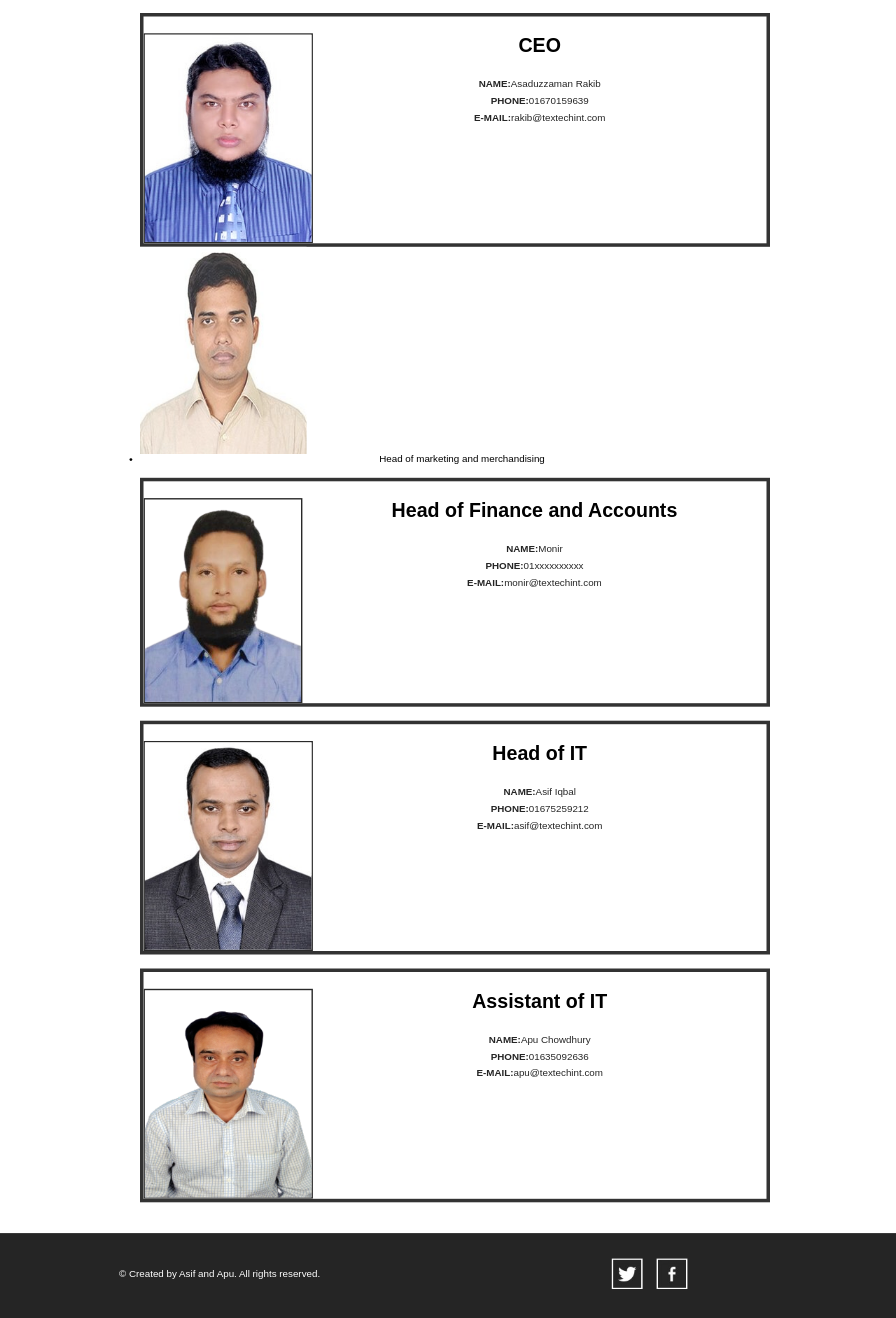
Repository: asifdotpy/textechint
Page: index.html
These files come from the project's save history. The page is drawn as it stood at one moment and after the next save; the edit follows.
The browser window is 1280 px wide. The pictures show the part of the page from y = 1452 to 3372 px (the page is 3335 px tall before and 3372 px after), at 70% of full size.

Above is the page before, as saved 2021-02-23 01:32:23.

### index.html
<!doctype html>
<html>
<head>
	<meta charset="UTF-8">
	<meta name="viewport" content="width=device-width, initial-scale=1.0">
	<title>Tex Tech International</title>
	<link rel="stylesheet" type="text/css" href="css/style.css">
	<link rel="stylesheet" type="text/css" href="css/mobile.css" media="screen and (max-width : 568px)">
	<script type="text/javascript" src="js/mobile.js"></script>
</head>
<body>
	<div id="header">
		<ul id="navigation">
			<li class="selected">
				<a href="index.html">our company</a>
			</li>
			<li>
				<a href="gallery.html">Our Products and services
				</a>
			</li>
			<li>
				<a href="about.html">career opportunity</a>
			</li>
			<li>
				<a href="blog.html">faq</a>
			</li>
			<li>
				<a href="contact.html">contact us</a>
			</li>
		</ul>
	</div>
	<div id="body">
		<div id="featured">
			<img src="images/featured.jpg" alt="">
		</div>
		<div class='intro'>
			<h1>About us</h1>
			<div class="main">
			<p><strong style="color: red;">Tex Tech International</strong> is working as a Buying & Trading house in the field of RMG, Home Textile, Leather Products, Handicraft Items & other Consumers’ Products in Bangladesh. Our major concern is to play our role as a buying house of our customers. One of our primary responsibilities as a buying house is to assure that the product purchased and released for shipment conforms to be customer’s requirements.</p>
			<p>Our goal is to provide our clients with high-quality products that meet their quality expectations.
				<strong style="color: red;">Tex Tech International</strong> employs Quality Assurance staff to assist in the selection of manufacturers who manufacture products according to Standards set by our policy, principles, and guidelines.</p>
			<p><strong style="color: red;">Tex Tech International</strong> is a leading Buyer’s agent / representative and garments exporter in Bangladesh. We have our own sourcing office in China, Italy, Netherlands, Canada & Australia.</p>
			<p>We have 100+ associated factories from where we can assure quality and final products. All the associated factories are fully compliance having certificates of ACCORD, ALLIANCE, BSCI, SEDEX, WRAP, OEKO-TEX, GOTS, OCS, GRS, RCS etc. We have a strong CSR team who follow up on all the different types of compliance requirement which are set by the buyer.</p>
			<p>We have a very strong Merchandising Team who keep contact and support the clients on the daily basis in order to keep a healthy relationship. Our QC teams is ready to ensure product quality as per customer demands. Our QA team inspect the goods on a third-party base and on AQL of customers.</p>
			<p>We have a strong quality control system where under each Merchandiser there is a full time QC team and the QC’s do the in-line inspections in each section of production. In a particular time of the day, our QA Supervisor checks the 30% products those have been passed by our QC’s in each section. All the QC’s always check 100% goods. All the QC’s submit their daily reports to QA Manager with highlighting the major points. QA Manager submits their reports to the relevant Merchandisers in addition to CEO. Relevant Merchandiser ensures the correct QA packing to the QA Supervisor. After maintaining all the necessary procedures, the QA Manager carries out his own final inspection before the shipment.</p>
			</p>
			</div>

		</div>

		<div class='heroes'>
		<ul>
			<div class="post-container">
				<div class="post-thumb"><img src="images/rakib.jpg" /></div>
				<div class="post-content">
					<h3 class="post-title">CEO</h3>
					<p><b>NAME:</b>Asaduzzaman Rakib</p>
					<p><b>PHONE:</b>01670159639</p>
					<p><b>E-MAIL:</b>rakib@textechint.com</p>
			   </div>
			</div>
			<li>
					<img src="images/sabuz.jpg" alt="Sobuz">
					<span>Head of marketing and merchandising</span>
			</li>
			<div class="post-container">
				<div class="post-thumb"><img src="images/monir.jpg" /></div>
				<div class="post-content">
					<h3 class="post-title">Head of Finance and Accounts</h3>
					<p><b>NAME:</b>Monir</p>
					<p><b>PHONE:</b>01xxxxxxxxxx</p>
					<p><b>E-MAIL:</b>monir@textechint.com</p>
			   </div>
			</div>
			<div class="post-container">
				<div class="post-thumb"><img src="images/asif.jpg" /></div>
				<div class="post-content">
					<h3 class="post-title">Head of IT</h3>
					<p><b>NAME:</b>Asif Iqbal</p>
					<p><b>PHONE:</b>01675259212</p>
					<p><b>E-MAIL:</b>asif@textechint.com</p>
			   </div>
			</div>
			<div class="post-container">
				<div class="post-thumb"><img src="images/apu.jpg" /></div>
				<div class="post-content">
					<h3 class="post-title">Assistant of IT</h3>
					<p><b>NAME:</b>Apu Chowdhury</p>
					<p><b>PHONE:</b>01635092636</p>
					<p><b>E-MAIL:</b>apu@textechint.com</p>
			   </div>
			</div>
		</ul>
		</div>
	</div>
	<div id="footer">
		<div>
			<p>&copy; Created by Asif and Apu. All rights reserved.</p>
			<ul>
				<li>
					<a href="http://freewebsitetemplates.com/go/twitter/" id="linkedin">linkedin</a>
				</li>
				<li>
					<a href="https://www.facebook.com/textechint" target="_blank" id="facebook">facebook</a>
			</ul>
		</div>
	</div>
</body>
</html>

### css/style.css
@font-face {
	font-family: 'poller_oneregular';
	src: url('../fonts/pollerone/pollerone-webfont.eot');
	src: url('../fonts/pollerone/pollerone-webfont.eot?#iefix') format('embedded-opentype'),
		 url('../fonts/pollerone/pollerone-webfont.woff') format('woff'),
		 url('../fonts/pollerone/pollerone-webfont.ttf') format('truetype'),
		 url('../fonts/pollerone/pollerone-webfont.svg#poller_oneregular') format('svg');
}
@font-face {
	font-family: 'leckerli_oneregular';
	src: url('../fonts/leckerlione/leckerlione-regular-webfont.eot');
	src: url('../fonts/leckerlione/leckerlione-regular-webfont.eot?#iefix') format('embedded-opentype'),
		 url('../fonts/leckerlione/leckerlione-regular-webfont.woff') format('woff'),
		 url('../fonts/leckerlione/leckerlione-regular-webfont.ttf') format('truetype'),
		 url('../fonts/leckerlione/leckerlione-regular-webfont.svg#leckerli_oneregular') format('svg');
}

body {
	background: #fff;
	font-family: Arial, Helvetica, sans-serif;
	font-size: 14px;
	font-weight: normal;
	line-height: 1;
	margin: 0;
	min-width: 960px;
	padding: 0;
}
p {
	color: #252525;
	line-height: 24px;
	margin: 0;
	padding: 0;
}
p a {
	color: #252525;
	text-decoration: underline;
}
p a:hover {
	color: #898989;
}
#header {
	margin: 0 auto;
	padding: 4px 0 50px;
	text-align: center;
	width: 960px;
}
#header a.logo {
	display: block;
	margin: 0 auto;
	padding: 0;
	width: 340px;
}
#header a.logo img {
	border: 0;
	display: block;
	margin: 0;
	padding: 0;
}
#header ul {
	margin: 0;
	padding: 25px 0 0;
}
#header ul li {
	display: inline;
	list-style: none;
	margin: 0;
	padding: 0 19px;
}
#header ul li a {
	color: #252525;
	display: inline-block;
	font-family: "Arial Black", Gadget, sans-serif;
	font-size: 14px;
	font-weight: normal;
	margin: 0;
	padding: 0 0 3px;
	text-decoration: none;
	text-transform: uppercase;
}
#header ul li a:hover, #header ul li.selected a {
	color: #0ba39c;
}
#body {
	margin: 0;
	padding: 0 0 30px;
	text-align: center;
}
#body h1 {
	color: #fff;
	display: inline;
	font-family: poller_oneregular;
	font-size: 35px;
	font-weight: normal;
	margin: 0;
	padding: 0;
	text-transform: uppercase;
}
#body h1 span {
	background: #252525;
	display: inline-block;
	padding: 15px 28px 12px;
}
#body > div {
	margin: 0 auto;
	padding: 0;
	width: 960px;
}
#body > div img {
	border: 2px solid #292929;
	margin: 24px 0 0;
	padding: 0;
}
#body > div .article {
	margin: 0 auto;
	padding: 30px 30px 0;
	width: 560px;
}
#body > div .article h2 {
	font-family: "Arial Black", Gadget, sans-serif;
	font-size: 25px;
	font-weight: normal;
	margin: 0 0 30px;
}
#body > div .article h3 {
	color: #252525;
	line-height: 24px;
	margin: 0;
	padding: 0;
}
#body > div .article h4 {
	background: #252525;
	color: #fff;
	display: inline-block;
	font-family: "Arial Black", Gadget, sans-serif;
	font-size: 25px;
	font-weight: normal;
	margin: 0 0 30px;
	padding: 8px 27px 10px;
}
#body > div .article p {
	margin: 0 0 30px;
}
#body div div ul {
	margin: 0;
	padding: 24px 10px 0;
	width: 940px;
	list-style-type: none;
}
#body div div ul li {
	border: 2px solid #1a1a1a;
	display: block;
	list-style: none;
	margin: 0 0 13px;
	overflow: hidden;
	padding: 0;
}
#body div ul li .figure {
	border-right: 2px solid #1a1a1a;
	float: left;
	margin: 0;
	padding: 0;
	width: 376px;
}
#body div ul li img {
	border: 0;
	display: block;
	margin: 0;
	padding: 0;
	opacity: 0.8;
	transition: 0.5s ease-in-out;
}
#body div ul li .figure:hover img {
	opacity: 1;
}
#body div ul li div {
	float: left;
	margin: 0;
	padding: 63px 0 20px;
	width: 558px;
}
#body div ul li div h3 {
	color: #252525;
	font-family: "Arial Black", Gadget, sans-serif;
	font-size: 25px;
	font-weight: normal;
	margin: 0;
	padding: 0;
	text-transform: uppercase;
}
#body div ul li div p {
	padding: 30px 30px 18px;
}
#body div ul li div a.more {
	background: #000;
	color: #fff;
	display: inline-block;
	font-family: "Arial Black", Gadget, sans-serif;
	font-size: 18px;
	font-weight: normal;
	margin: 0;
	padding: 8px 28px;
	text-decoration: none;
	text-transform: uppercase;
}
#body div ul li div a.more:hover {
	color: #252525;
	background: #fff;
	border: 2px solid #252525;
}
#body #featured {
	margin: 0 0 13px;
	padding: 0;
	position: relative;
	width: 100%;
}
#body #featured img {
	border: 0;
	display: block;
	margin: 0;
	padding: 0;
	width: 100%;
	height: auto;
}
#body #featured div {
	left: 50%;
	margin-left: -480px;
	margin-top: -171px;
	padding: 0 0 0 470px;
	position: absolute;
	top: 50%;
	text-align: left;
	width: 490px;
}
#body #featured div h2 {
	background: #fff;
	color: #000;
	display: inline-block;
	font-family: poller_oneregular;
	font-size: 20px;
	font-weight: normal;
	margin: 0 0 18px;
	padding: 23px 27px 20px;
	text-transform: uppercase;
}
#body #featured div span {
	background: #252525;
	color: #fff;
	display: inline-block;
	font-size: 20px;
	margin: 7px 0;
	padding: 12px 27px;
}
#body #featured div a {
	background: #0ba39c;
	color: #fff;
	display: inline-block;
	font-size: 16px;
	margin: 15px 0 0;
	padding: 26px 27px 22px;
	text-align: center;
	text-decoration: none;
	text-transform: uppercase;
}
#body #featured div a:hover {
	background: #1fc3bc;
}
#body > ul {
	margin: 0 auto;
	overflow: hidden;
	padding: 24px 0 0;
	width: 960px;
}
#body > ul li {
	display: block;
	float: left;
	margin: 0 10px 20px;
	padding: 0;
	width: 300px;
}
#body > ul li a {
	color: #000;
	display: block;
	font-family: poller_oneregular;
	font-size: 20px;
	font-weight: normal;
	margin: 0;
	padding: 0;
	text-align: center;
	text-decoration: none;
	text-transform: uppercase;
}
#body > ul li a img {
	border: 2px solid #1a1a1a;
	display: block;
	margin: 0;
	padding: 0;
	opacity: .8;
	transition: 0.5s ease-in-out;
}
#body > ul li a:hover img {
	opacity: 1;
}
#body > ul li a span {
	display: block;
	margin: 0;
	padding: 33px 0 0;
}
#body form {
	margin: 0 auto;
	padding: 24px 0 0;
	width: 620px;
}
#body form input, #body form textarea {
	border: 2px solid #252525;
	color: #252525;
	font-family: Arial, Helvetica, sans-serif;
	font-size: 15px;
	font-weight: normal;
	margin: 0 0 37px;
	padding: 20px 10px;
	text-align: center;
	text-transform: uppercase;
	width: 596px;
}
#body form textarea {
	height: 175px;
	overflow: auto;
	resize: none;
}
#body form #send {
	background: #252525;
	color: #fff;
	font-family: "Arial Black", Gadget, sans-serif;
	font-size: 15px;
	font-weight: normal;
	display: inline-block;
	padding: 20px 28px;
	width: auto;
}
#body form #send:hover {
	background: #fff;
	color: #252525;
	cursor: pointer;
}
#footer {
	background: #252525;
	margin: 0;
	padding: 36px 0 42px;
}
#footer div {
	margin: 0 auto;
	overflow: hidden;
	padding: 0;
	width: 960px;
}
#footer div p {
	color: #fff;
	float: left;
	line-height: 44px;
	margin: 0 0 0 10px;
	padding: 0;
}
#footer div ul {
	display: block;
	float: right;
	margin: 0;
	overflow: hidden;
	padding: 0;
	width: 256px;
}
#footer div ul li {
	display: block;
	float: left;
	list-style: none;
	margin: 0 10px;
	padding: 0;
	width: 44px;
}
#footer div ul li a {
	background: url(../images/icons.jpg) no-repeat 0 0;
	display: block;
	height: 44px;
	margin: 0;
	padding: 0;
	text-indent: -99999px;
	width: 44px;
}
#footer div ul li #linkedin {
	background-position: 0 0;
}
#footer div ul li #linkedin:hover {
	background-position: -44px 0;
}
#footer div ul li #facebook {
	background-position: 0 -44px;
}
#footer div ul li #facebook:hover {
	background-position: -44px -44px;
}

div .intro h1 {
	margin: 0px 50px;
	padding: 0px 50px;
	background-color: #0ba39c;
	text-decoration: #1a1a1a;
}

div .intro p {
	margin: 10px;
	padding: 10px;
}

div .main {
	font-size: 15px;
}



.post-container {
    margin: 20px 20px 0 0;
    border: 5px solid #333;
    overflow: auto
}
.post-thumb {
    float: left
}
.post-thumb img {
    display: block
}
.post-content {
    margin-left: 210px
}
.post-title {
    font-weight: bold;
    font-size: 200%
}

### js/mobile.js
window.onload = function(){
	var getNavi = document.getElementById('navigation');

	var mobile = document.createElement("span");
	mobile.setAttribute("id","mobile-navigation");
	getNavi.parentNode.insertBefore(mobile,getNavi);

	document.getElementById('mobile-navigation').onclick = function(){
		var a = getNavi.getAttribute('style');
		if(a){
			getNavi.removeAttribute('style');
			document.getElementById('mobile-navigation').style.backgroundImage='url(images/mobile-menu.png)';
		} else {
			getNavi.style.display='block';
			document.getElementById('mobile-navigation').style.backgroundImage='url(images/mobile-close.png)';
		}
	};
	var getElm = getNavi.getElementsByTagName("LI");
	for(var i=0;i<getElm.length;i++){
		if(getElm[i].children.length>1){
			var smenu = document.createElement("span");
			smenu.setAttribute("class","mobile-submenu");
			smenu.setAttribute("OnClick","submenu("+i+")");
			getElm[i].appendChild(smenu);
		};
	};
	submenu = function (i){
		var sub = getElm[i].children[1];
		var b = sub.getAttribute('style');
		if(b){
			sub.removeAttribute('style');
			getElm[i].lastChild.style.backgroundImage='url(images/mobile-expand.png)';
			getElm[i].lastChild.style.backgroundColor='rgba(11, 163, 156, 0.7)';
		} else {
			sub.style.display='block';
			getElm[i].lastChild.style.backgroundImage='url(images/mobile-collapse.png)';
			getElm[i].lastChild.style.backgroundColor='rgba(0,0,0,0.8)';
		}
	};
};

### css/mobile.css
body {
	min-width: 0;
}
#header {
	padding: 20px 0;
	position: relative;
	width: 100%;
}
#header a.logo {
	width: 80%;
}
#header a.logo img {
	width: 100%;
}
#mobile-navigation {
	background: url(../images/mobile-menu.png) no-repeat 0 0;
	display: block;
	height: 50px;
	margin: 30px auto 0;
	padding: 0;
	width: 50px;
}
#header ul {
	border: 1px solid #fff;
	display: none;
	left: 50%;
	margin-left: -45%;
	padding: 0;
	position: absolute;
	width: 90%;
	z-index: 1001;
}
#header ul li {
	border-top: 1px solid #fff;
	display: block;
	margin: 0;
	padding: 0;
	position: relative;
}
#header > ul > li:first-child {
	border: 0;
}
#header ul li a {
	background: rgba(11, 163, 156, 0.9);
	color: #fff;
	display: block;
	font-family: Arial, Helvetica, sans-serif;
	font-size: 16px;
	font-weight: normal;
	height: 49px;
	line-height: 49px;
	padding: 0 15px;
	text-align: left;
}
#header ul li a:hover, #header ul li.selected a {
	background: rgba(0, 0, 0, 0.9);
	color: #fff;
}
#header ul ul {
	display: none;
	border: 0;
	height: auto;
	left: 0;
	margin: 0;
	position: relative;
	width: 100%;
}
#header ul ul li a {
	text-indent: 15px;
}
#header ul li span {
	background: rgba(11, 163, 156, 0.9) url(../images/mobile-expand.png) no-repeat 0 0;
	border-left: 1px solid #fff;
	display: block;
	height: 49px;
	position: absolute;
	right: 0;
	top: 0;
	width: 50px;
}
#body {
	width: 100%;
}
#body h1 {
	display: block;
	font-size: 20px;
	margin: 0 auto;
	width: 90%;
}
#body h1 span {
	display: block;
	padding: 3%;
	width: 94%;
}
#body > div {
	padding: 0 5%;
	width: 90%;
}
#body > div img {
	margin: 24px 0 30px;
	width: 98%
}
#body > div .article {
	padding: 0;
	width: 100%;
}
#body > div .article h2, #body > div .article h4 {
	font-size: 18px;
	font-weight: bold;
}
#body #featured {
	overflow: hidden;
	margin: 0 0 20px
}
#body #featured img {
	min-width: 960px;
}
#body #featured div {
	left: 0;
	margin: 0;
	padding: 0 2%;
	position: absolute;
	top: 0;
	text-align: left;
	width: 96%;
}
#body #featured div h2 {
	font-size: 14px;
	font-weight: normal;
	margin: 50px 0 10px;
	padding: 8px 5px;
}
#body #featured div span {
	display: block;
	font-size: 14px;
	margin: 10px 0;
	padding: 10px;
}
#body #featured div a {
	font-size: 14px;
	margin: 5px 0 0;
	padding: 10px;
}
#body > ul {
	overflow: visible;
	padding: 0 5%;
	width: 90%;
}
#body ul.gallery {
	padding: 5% 0;
	overflow: hidden;
	width: 100%;
}
#body > ul li {
	float: none;
	margin: 0;
	width: 100%;
}
#body ul.gallery li {
	float: left;
	margin: 0 0 5% 5%;
	width: 42%;
}
#body > ul li a img {
	width: 98%;
}
#body > ul li a span {
	padding: 15px 0;
}
#body div ul {
	margin: 0;
	padding: 20px 0 0;
	width: 100%;
}
#body div ul li {
	overflow: visible;
	padding: 0 0 20px;
	width: 99%;
}
#body div ul li .figure {
	border: 0;
	display: block;
	float: none;
	margin: 0 0 20px;
	width: 100%;
}
#body div ul li .figure img {
	width: 100%;
}
#body div ul li div {
	float: none;
	padding: 0;
	width: 100%;
}
#body div ul li div a.more:hover {
	height: 14px;
	line-height: 14px;
}
#body form {
	width: 100%;
}
#body form input, #body form textarea {
	margin: 0 0 20px;
	padding: 10px;
	width: 84%;
}
#body form #send {
	padding: 10px;
}
#footer {
	padding: 10px 0 25px;
}
#footer div {
	overflow: visible;
	width: 100%;
}
#footer div p {
	float: none;
	margin: 0;
	text-align: center;
}
#footer div ul {
	float: none;
	margin: 0 auto;
	width: 256px;
}

After the next save:
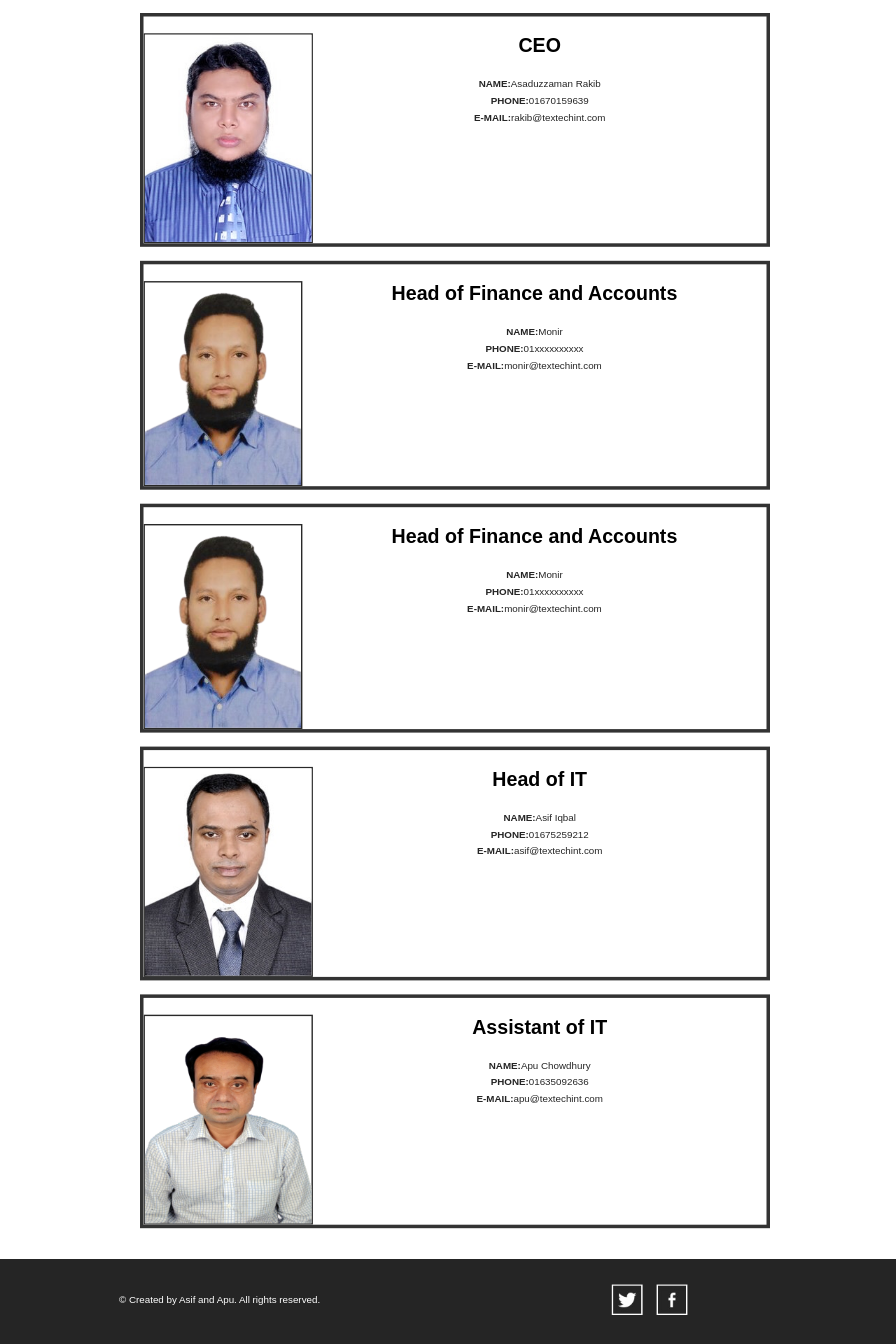
Saved 19 s later.
--- a/index.html
+++ b/index.html
@@ -59,10 +59,15 @@
 					<p><b>E-MAIL:</b>rakib@textechint.com</p>
 			   </div>
 			</div>
-			<li>
-					<img src="images/sabuz.jpg" alt="Sobuz">
-					<span>Head of marketing and merchandising</span>
-			</li>
+			<div class="post-container">
+				<div class="post-thumb"><img src="images/monir.jpg" /></div>
+				<div class="post-content">
+					<h3 class="post-title">Head of Finance and Accounts</h3>
+					<p><b>NAME:</b>Monir</p>
+					<p><b>PHONE:</b>01xxxxxxxxxx</p>
+					<p><b>E-MAIL:</b>monir@textechint.com</p>
+			   </div>
+			</div>
 			<div class="post-container">
 				<div class="post-thumb"><img src="images/monir.jpg" /></div>
 				<div class="post-content">
